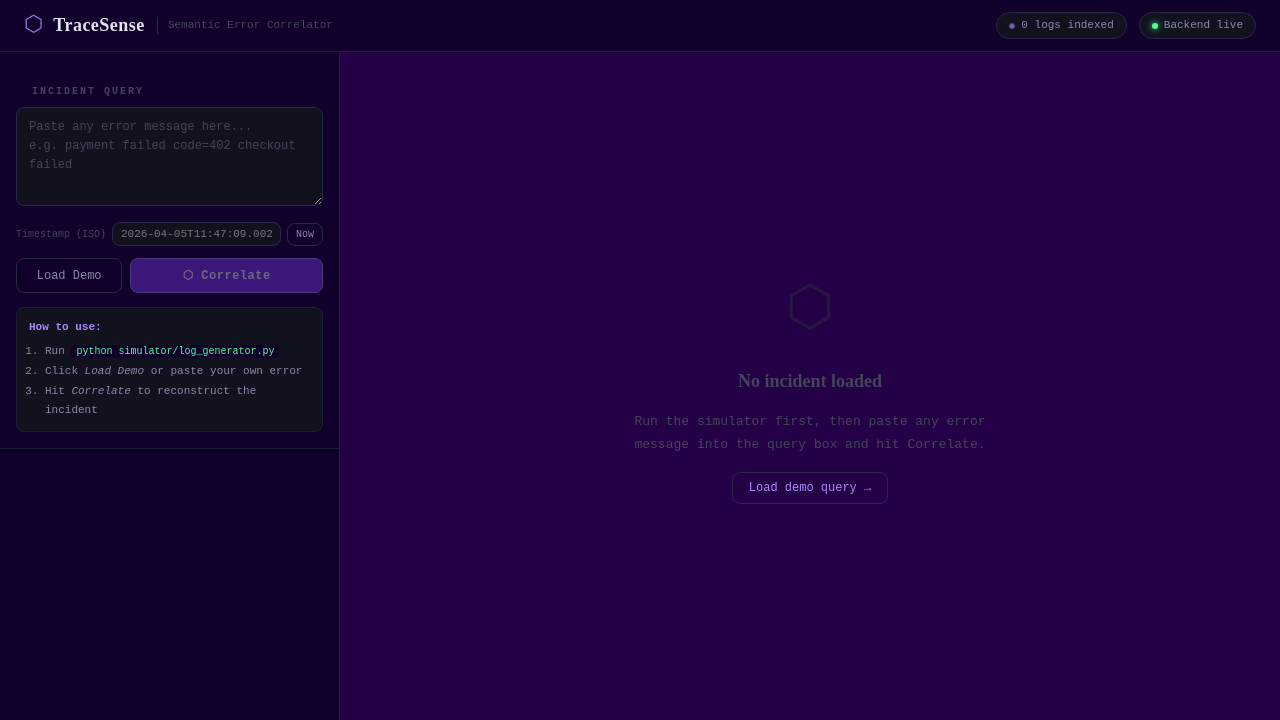
Repository: SaranyaM15/AI_Engineer_Journey
Page: / (app in tracesense/frontend/)
These files come from the project's save history. The page is drawn as it stood at one moment and after the next save; the edit follows.
The browser window is 1280 px wide. The pictures show the whole page.
The page's requests for data from a server got no answer. Some web fonts or font styles are not loaded; a fallback is used. The project was rebuilt for these pictures with package versions that can differ from the ones it lists, and the page was loaded fresh each time. No one was signed in, and anything a server would have sent is missing. Also part of the build but not shown: tracesense/frontend/vite.config.js, tracesense/frontend/src/components/Timeline.jsx, tracesense/frontend/src/components/LogFeed.jsx.

Above is the page before, as saved 2026-04-05 18:49:34.

After the next save:
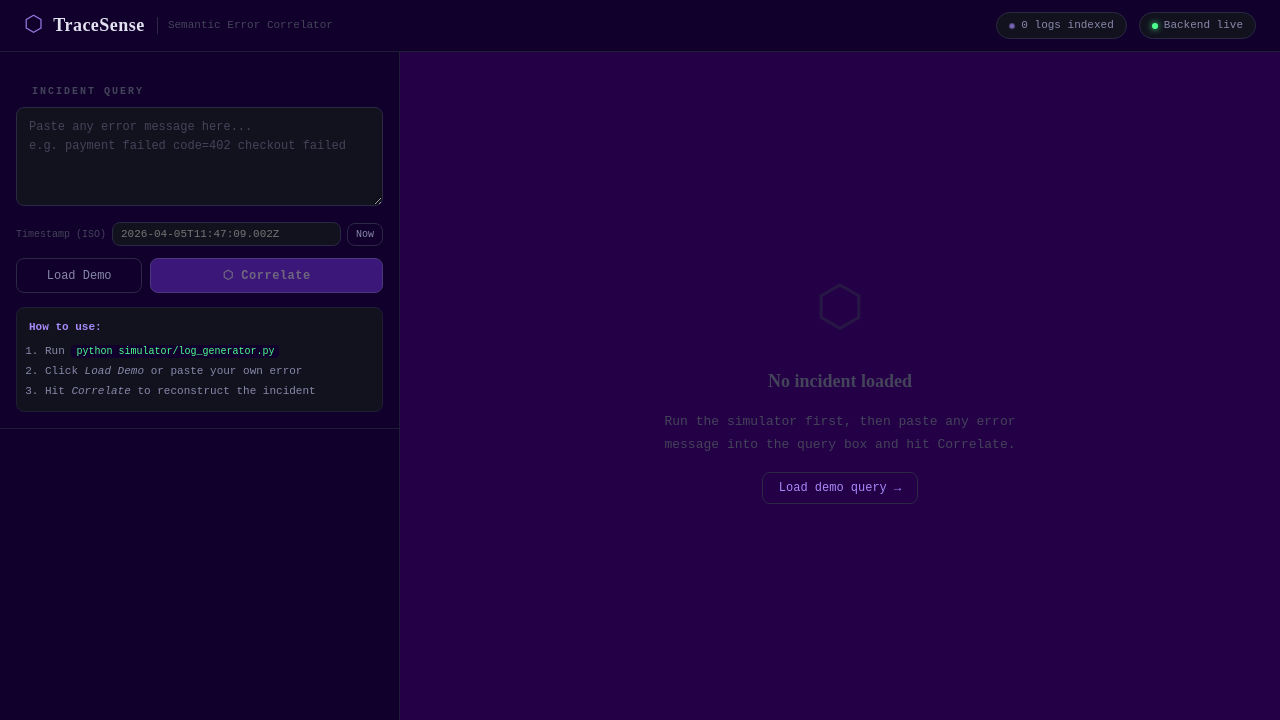
Saved 53 s later.
--- a/tracesense/frontend/src/App.css
+++ b/tracesense/frontend/src/App.css
@@ -140,7 +140,7 @@ body {
 
 /* ── Left Panel ── */
 .left-panel {
-  width:        340px;
+  width:        400px;
   flex-shrink:  0;
   background:   var(--bg2);
   border-right: 1px solid var(--border);
